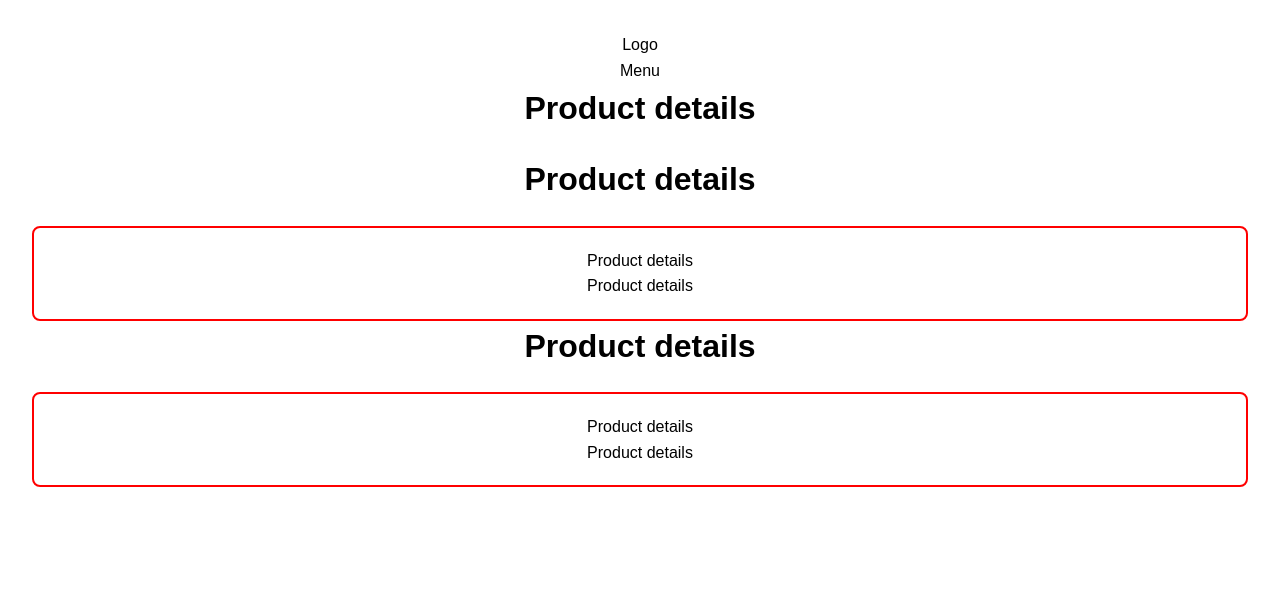
Repository: Manny1294/react-learning
Page: /
The author's editor kept a copy of each file at every save. The page is drawn from the files as they stood at one save, then again after a run of saves.
The browser window is 1280 px wide. The pictures show the whole page.
The project was rebuilt for these pictures with package versions that can differ from the ones it lists, and the page was loaded fresh each time. Also part of the build but not shown: vite.config.js.

Above is the page before, as saved 2026-01-27 09:37:23.

### index.html
<!doctype html>
<html lang="en">
  <head>
    <meta charset="UTF-8" />
    <link rel="icon" type="image/svg+xml" href="/vite.svg" />
    <meta name="viewport" content="width=device-width, initial-scale=1.0" />
    <title>my-react-lesson</title>
  </head>
  <body>
    <div id="root"></div>
    <script type="module" src="/src/main.jsx"></script>
  </body>
</html>

### src/index.css
* {
  margin: 0;
  padding: 0;
  box-sizing: border-box;
}

body {
  font-family: Arial, Helvetica, sans-serif;
  line-height: 1.6;
}

### src/App.jsx
import "./App.css";
import ProductCard from "./components/ProductCard";
import NavBar from "./components/NavBar";
import PerfumeImg from "./assets/perfume.jpg";
import Counter from "./components/Counter";

export default function App() {
  const Product = {
    name: "beans",
    price: "200",
    image: PerfumeImg,
    description: "Nigerian-made long grain rice",
  };
  const Product2 = {
    name: "orange",
    price: "700",
    image: PerfumeImg,
    description: "home made orange",
  };
  return (
    <div>
      <NavBar />
      <h1 style={{ marginBottom: "20px" }}>Product details</h1>
      <ProductCard
        name={Product.name}
        price={Product.price}
        image={Product.image}
        description={Product.description}
      />
      <ProductCard
        name={Product2.name}
        price={Product2.price}
        image={Product2.image}
        description={Product2.description}
      />
    </div>
  );
}

// export default App;

### src/components/ProductCard.jsx
import "./ProductCard.css";

function ProductCard() {
  return (
    <>
      <h1 style={{ marginBottom: "20px" }}>Product details</h1>
      <div className="card">
        {/* left- pictures */}
        <div>
          <p>Product details</p>
        </div>
        <div>
          <p>Product details</p>
        </div>
      </div>
    </>
  );
}

export default ProductCard;

### src/components/NavBar.jsx
export default function NavBar() {
  return (
    <div>
      <div>
        <p>Logo</p>
      </div>
      <div>
        <p>Menu</p>
      </div>
    </div>
  );
}

### src/components/ProductCard.css
.card {
  border: 2px solid hsl(0, 100%, 50%);
  padding: 20px;
  border-radius: 8px;
}

### src/components/Counter.jsx
import { useState } from "react";
export default function Counter() {
  const [count, setCount] = useState(0);

  function increaseCount() {
    setCount(count + 1);
  }

  function decreaseCount() {
    setCount(count - 1);
  }
  return (
    <>
      <button onClick={increaseCount}>+</button>
      <p>{count}</p>
      <button onClick={decreaseCount}>-</button>
    </>
  );
}

Loaded but not shown: src/main.jsx (common file); src/App.css (common file)

After the next 2 saves:
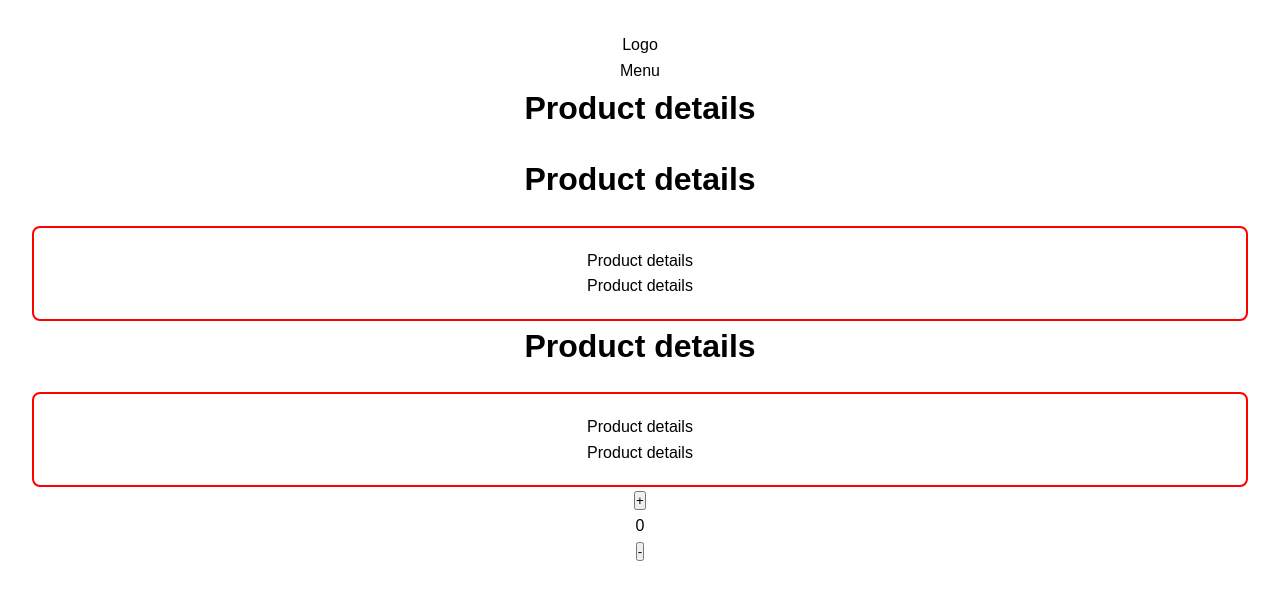
The 2 saves are shown as one change because 1 did not build or start.
The last was saved 61 s later.
--- a/src/App.jsx
+++ b/src/App.jsx
@@ -33,6 +33,7 @@ export default function App() {
         image={Product2.image}
         description={Product2.description}
       />
+      <Counter />
     </div>
   );
 }
